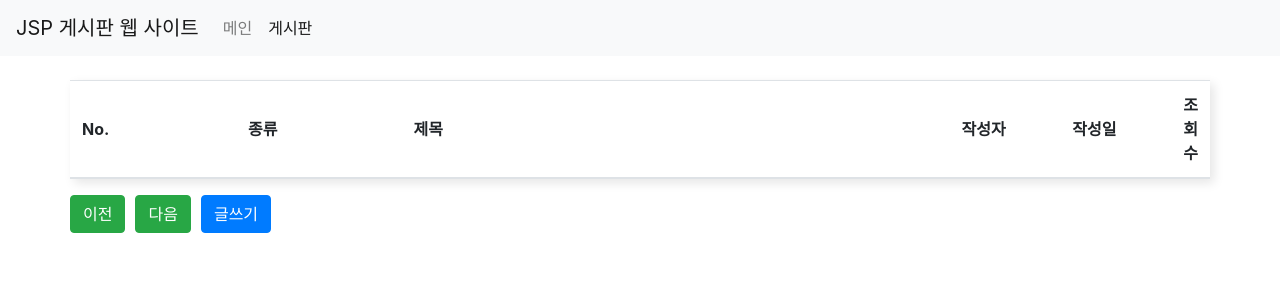
Repository: hz6450/2024-summer-jsp-notice-project
Page: http://localhost/BBS/BBS.jsp?pageNumber=0
The author's editor kept a copy of each file at every save. The page is drawn from the files as they stood at one save, then again after the next save.
The browser window is 1280 px wide. The pictures show the whole page.
Some web libraries are served in a nearby version. The page is served by Tomcat 10. Other server files are loaded and not shown. Queries for data that is not in the repository find no rows.

Above is the page before, as saved 2024-07-16 02:05:08.

### projects/BBS/src/main/webapp/BBS.jsp
<%@ page language="java" contentType="text/html; charset=UTF-8"
	pageEncoding="UTF-8"%>
<%@ page import="java.io.PrintWriter"%>
<%@ page import="bbs.BbsDAO"%>
<%@ page import="bbs.Bbs"%>
<%@ page import="java.util.ArrayList"%>
<!DOCTYPE html>
<html>

<head>
<meta charset="UTF-8">
<meta name="viewport" content="width=device-width, initial-scale=1">
<title>JSP 게시판 웹 사이트</title>
<link rel="stylesheet" href="https://stackpath.bootstrapcdn.com/bootstrap/4.5.2/css/bootstrap.min.css">
<style type="text/css">
    /* Custom CSS styles can go here */
    #bbs-table {
        box-shadow: 4px 4px 10px rgba(0, 0, 0, 0.1);
    }
    #bbs-table th, #bbs-table td {
        vertical-align: middle;
    }
    .btn-arrow-left {
        margin-right: 10px;
    }
</style>
</head>

<body>
<%
	String userID = null;
	if (session.getAttribute("userID") != null) {
		userID = (String) session.getAttribute("userID");

	}
	int pageNumber = 1;
	if (request.getParameter("pageNumber") != null) {
		pageNumber = Integer.parseInt(request.getParameter("pageNumber"));
	}
	%>

    <nav class="navbar navbar-expand-lg navbar-light bg-light">
        <a class="navbar-brand" href="main.jsp">JSP 게시판 웹 사이트</a>
        <button class="navbar-toggler" type="button" data-toggle="collapse" data-target="#bs-example-navbar-collapse-1"
            aria-controls="bs-example-navbar-collapse-1" aria-expanded="false" aria-label="Toggle navigation">
            <span class="navbar-toggler-icon"></span>
        </button>

        <div class="collapse navbar-collapse" id="bs-example-navbar-collapse-1">
            <ul class="navbar-nav mr-auto">
                <li class="nav-item">
                    <a class="nav-link" href="main.jsp">메인</a>
                </li>
                <li class="nav-item active">
                    <a class="nav-link" href="BBS.jsp">게시판</a>
                </li>
            </ul>
        </div>
    </nav>

    <div class="container mt-4">
        <div class="row">
            <table class="table table-striped" id="bbs-table">
                <thead>
                    <tr>
                        <th scope="col" style="width: 15%">No.</th>
                        <th scope="col" style="width: 15%">종류</th>
                        <th scope="col" style="width: 50%">제목</th>
                        <th scope="col" style="width: 10%">작성자</th>
                        <th scope="col" style="width: 20%">작성일</th>
                        <th scope="col">조회수</th>
                    </tr>
                </thead>
                <tbody>
                    <%
                    BbsDAO bbsDAO = new BbsDAO();
                    ArrayList<Bbs> list = bbsDAO.getList(pageNumber);
                    for (int i = 0; i < list.size(); i++) {
                    %>
                    <tr>
                        <td><%=list.get(i).getBbsId()%></td>
                        <td><%=list.get(i).getBbsCategory()%></td>
                        <td><a href="view.jsp?bbsID=<%=list.get(i).getBbsId()%>"><%=list.get(i).getBbsTitle()%></a></td>
                        <td><%=list.get(i).getUserID()%></td>
                        <td><%=list.get(i).getBbsDate().substring(0, 16).replace(" ", "<br>")%></td>
                        <td><%=list.get(i).getBbsView()%></td>
                    </tr>
                    <% } %>
                </tbody>
            </table>

            <div class="d-flex justify-content-between align-items-center">
                <a href="BBS.jsp?pageNumber=<%=pageNumber - 1%>" class="btn btn-success btn-arrow-left">이전</a>
                <a href="BBS.jsp?pageNumber=<%=pageNumber + 1%>" class="btn btn-success btn-arrow-left">다음</a>
                <a href="write.jsp" class="btn btn-primary">글쓰기</a>
            </div>
        </div>
    </div>

    <script src="https://code.jquery.com/jquery-3.5.1.slim.min.js"></script>
    <script src="https://cdn.jsdelivr.net/npm/@popperjs/core@1.16.1/dist/umd/popper.min.js"></script>
    <script src="https://stackpath.bootstrapcdn.com/bootstrap/4.5.2/js/bootstrap.min.js"></script>
</body>

</html>

### projects/BBS/src/main/java/bbs/BbsDAO.java
package bbs;

import java.sql.Connection;
import java.sql.DriverManager;
import java.sql.PreparedStatement;
import java.sql.ResultSet;
import java.util.ArrayList;

public class BbsDAO {

	private Connection conn;
	private ResultSet rs;

	public BbsDAO() {
		try {
			String dbURL = "jdbc:mysql://localhost:3306/BBS";
			String dbID = "root";
			String dbPassword = "6450";
			Class.forName("com.mysql.jdbc.Driver");
			conn = DriverManager.getConnection(dbURL, dbID, dbPassword);
		} catch (Exception e) {
			e.printStackTrace();
		}
	}

	public String getDate() {
		String SQL = "SELECT NOW()";
		try {
			PreparedStatement pstmt = conn.prepareStatement(SQL);
			rs = pstmt.executeQuery();
			if (rs.next()) {
				return rs.getString(1);
			}
		} catch (Exception e) {
			e.printStackTrace();
		}
		return "";
	}

	public int getNext() {
		String SQL = "SELECT bbsID FROM BBS ORDER BY bbsID DESC";
		try {
			PreparedStatement pstmt = conn.prepareStatement(SQL);
			rs = pstmt.executeQuery();
			if (rs.next()) {
				return rs.getInt(1) + 1;
			}
		} catch (Exception e) {
			e.printStackTrace();
		}
		return 1;
	}

	public int write(String bbsTitle, String userID, String bbsContent, String bbsCategory) {
		String SQL = "INSERT INTO BBS VALUE(?,?,?,?,?,?,?,?)";
		try {
			PreparedStatement pstmt = conn.prepareStatement(SQL);

			pstmt.setInt(1, getNext());
			pstmt.setString(2, bbsTitle);
			pstmt.setString(3, userID);
			pstmt.setString(4, getDate());
			pstmt.setString(5, bbsContent);
			pstmt.setInt(6, 1);
			pstmt.setInt(7, 0);
			pstmt.setString(8, bbsCategory);
			return pstmt.executeUpdate();
		} catch (Exception e) {
			e.printStackTrace();
		}
		return -1;
	}

	public ArrayList<Bbs> getList(int pageNumber) {
		String SQL = "SELECT * From BBS WHERE bbsID < ? AND bbsAvailable = 1 ORDER BY bbsID DESC LIMIT 5";
		ArrayList<Bbs> list = new ArrayList<Bbs>();
		try {
			PreparedStatement pstmt = conn.prepareStatement(SQL);
			pstmt.setInt(1, getNext() - (pageNumber - 1) * 5);
			rs = pstmt.executeQuery();
			while (rs.next()) {
				Bbs bbs = new Bbs();
				bbs.setBbsId(rs.getInt(1));
				bbs.setBbsTitle(rs.getString(2));
				bbs.setUserID(rs.getString(3));
				bbs.setBbsDate(rs.getString(4));
				bbs.setBbsContent(rs.getString(5));
				bbs.setBbsAvailable(rs.getInt(6));
				bbs.setBbsView(rs.getInt(7));
				bbs.setBbsCategory(rs.getString(8));
				list.add(bbs);
			}
		} catch (Exception e) {
			e.printStackTrace();
		}
		return list;
	}

	public boolean nextPage(int pageNumber) {
		String SQL = "SELECT * From BBS WHERE bbsAvailable = 1 ORDER BY bbsID DESC LIMIT 20";
		try {
			PreparedStatement pstmt = conn.prepareStatement(SQL);
			pstmt.setInt(1, getNext() - (pageNumber - 1) * 5);
			rs = pstmt.executeQuery();
			if (rs.next()) {
				return true;
			}
		} catch (Exception e) {
			e.printStackTrace();
		}
		return false;
	}

	public Bbs getBbs(int bbsID) {
		String SQL = "SELECT * FROM BBS WHERE bbsID = ?";
		try {
			PreparedStatement pstmt = conn.prepareStatement(SQL);
			pstmt.setInt(1, bbsID);
			rs = pstmt.executeQuery();
			if (rs.next()) {
				Bbs bbs = new Bbs();
				bbs.setBbsId(rs.getInt(1));
				bbs.setBbsTitle(rs.getString(2));
				bbs.setUserID(rs.getString(3));
				bbs.setBbsDate(rs.getString(4));
				bbs.setBbsContent(rs.getString(5));
				bbs.setBbsAvailable(rs.getInt(6));
				int bbsView = rs.getInt(7);
				bbs.setBbsCategory(rs.getString(8));
				bbs.setBbsView(bbsView);
				bbsView = bbsView + 1;
				countUpdate(bbsView, bbsID);
				return bbs;
			}
		} catch (Exception e) {
			e.printStackTrace();
		}
		return null;
	}

	public int countUpdate(int bbsCount, int bbsID) {
		String SQL = "update bbs set bbsViews = ? where bbsID = ?";
		try {
			PreparedStatement pstmt = conn.prepareStatement(SQL);
			pstmt.setInt(1, bbsCount);// 물음표의 순서
			pstmt.setInt(2, bbsID);
			return pstmt.executeUpdate();// insert,delete,update
		} catch (Exception e) {
			e.printStackTrace();
		}
		return -1;// 데이터베이스 오류
	}

	public int update(int bbsID, String bbsTitle, String bbsContent) {
		String SQL = "UPDATE BBS SET bbsTitle = ?, bbsContent= ? WHERE bbsID = ?";
		try {
			PreparedStatement pstmt = conn.prepareStatement(SQL);

			pstmt.setString(1, bbsTitle);
			pstmt.setString(2, bbsContent);
			pstmt.setInt(3, bbsID);

			return pstmt.executeUpdate();
		} catch (Exception e) {
			e.printStackTrace();
		}
		return -1;
	}

	public int delete(int bbsID) {
		String SQL = "DELETE FROM BBS WHERE bbsID = ?";
		try {
			PreparedStatement pstmt = conn.prepareStatement(SQL);
			pstmt.setInt(1, bbsID);

			return pstmt.executeUpdate();
		} catch (Exception e) {
			e.printStackTrace();
		}
		return -1;
	}
}

After the next save:
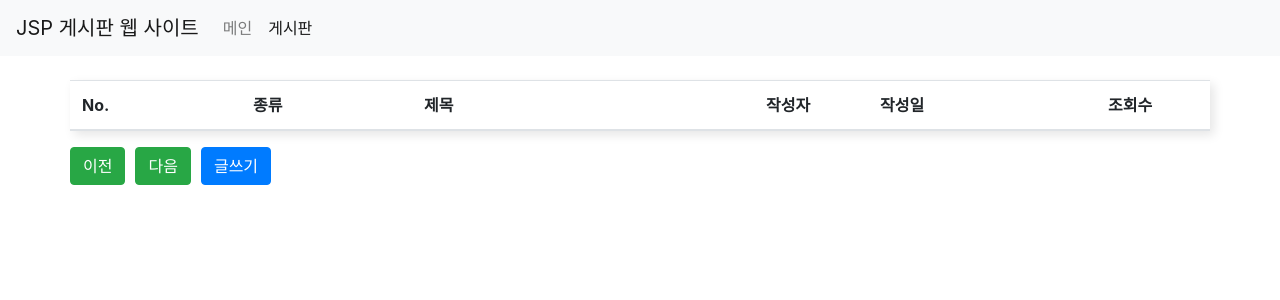
Saved 3 min 53 s later.
--- a/projects/BBS/src/main/webapp/BBS.jsp
+++ b/projects/BBS/src/main/webapp/BBS.jsp
@@ -65,7 +65,7 @@
                     <tr>
                         <th scope="col" style="width: 15%">No.</th>
                         <th scope="col" style="width: 15%">종류</th>
-                        <th scope="col" style="width: 50%">제목</th>
+                        <th scope="col" style="width: 30%">제목</th>
                         <th scope="col" style="width: 10%">작성자</th>
                         <th scope="col" style="width: 20%">작성일</th>
                         <th scope="col">조회수</th>
